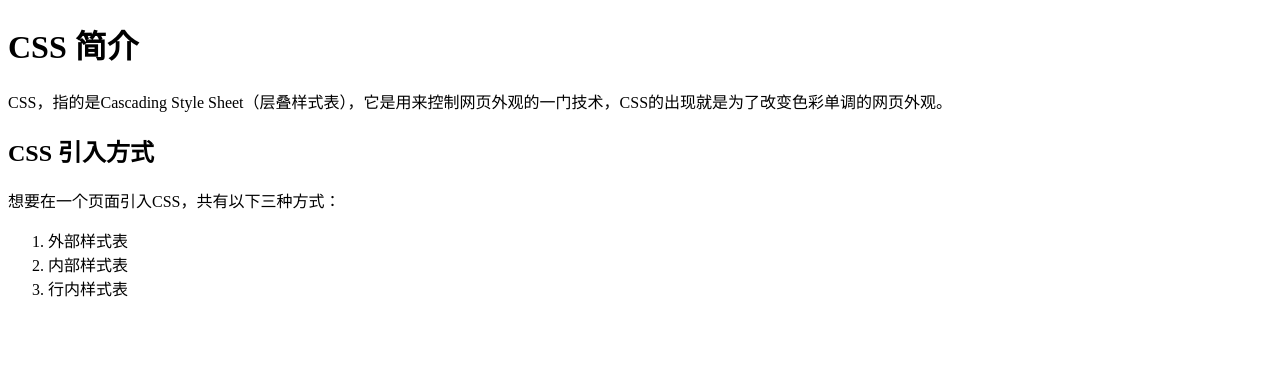
Repository: liang-n/front-end-basics
Page: 11-CSS简介.html
The author's editor kept a copy of each file at every save. The page is drawn from the files as they stood at one save, then again after a run of saves.
The browser window is 1280 px wide. The pictures show the whole page.

Above is the page before, as saved 2022-05-15 20:35:57.

### 11-CSS简介.html
<!DOCTYPE html>

<head>
    <meta charset="UTF-8">
    <title>11-CSS简介</title>
</head>

<body>
    <h1>CSS 简介</h1>

    <p>CSS，指的是Cascading Style Sheet（层叠样式表），它是用来控制网页外观的一门技术，CSS的出现就是为了改变色彩单调的网页外观。</p>

    <h2>CSS 引入方式</h2>

    <p>想要在一个页面引入CSS，共有以下三种方式：</p>
    <ol>
        <li>外部样式表</li>
        <li>内部样式表</li>
        <li>行内样式表</li>
    </ol>
</body>

</html>

After the next 3 saves:
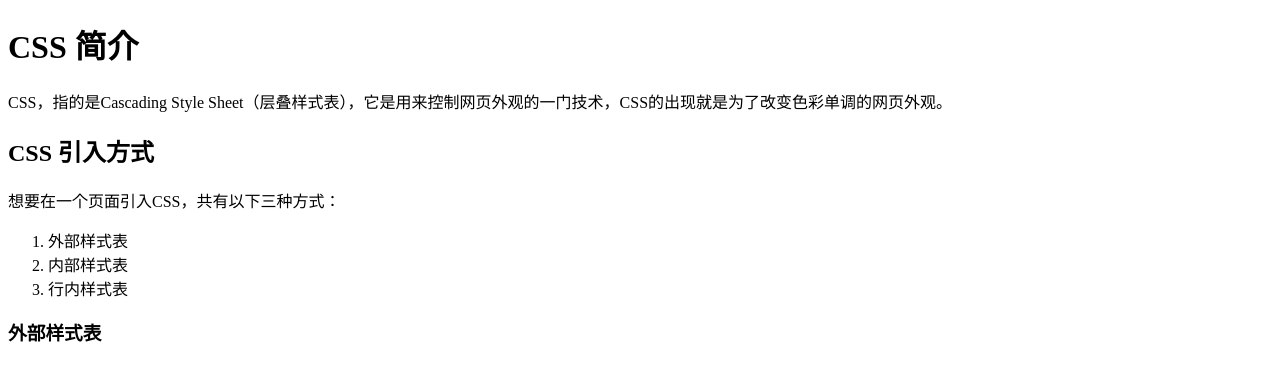
The 3 saves are shown as one change because they came seconds apart.
The last was saved 35 s later.
--- a/11-CSS简介.html
+++ b/11-CSS简介.html
@@ -18,6 +18,10 @@
         <li>内部样式表</li>
         <li>行内样式表</li>
     </ol>
+
+    <h3>外部样式表</h3>
+
+
 </body>
 
 </html>
